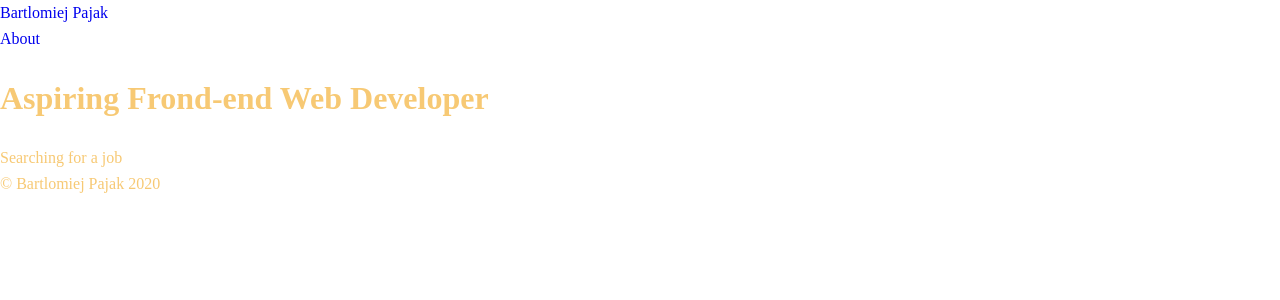
Repository: spidero7/personal-site
Page: index.html
An editor plug-in stored every save of this project. The page is shown before and after a run of saves, followed by the edit.
The browser window is 1280 px wide. The pictures show the whole page.
Some web fonts or font styles are not loaded; a fallback is used.

Above is the page before, as saved 2020-04-15 22:06:17.

### index.html
<!DOCTYPE html>
<html>

    <head>
        <meta charset="utf-8">
        <title>Bartlomiej Pajak</title>
        <meta name="viewport" content="width=device-width, initial-scale=1">
        <link rel="stylesheet" href="css/normalize.css">
        <link href="https://fonts.googleapis.com/css2?family=Domine&display=swap" rel="stylesheet">
        <link rel="stylesheet" href="css/style.css">
    </head>

    <body>

        <div>
            <header class="main-header">
                <nav>
                    <ul class="main-nav">
                        <li><a href="#">Bartlomiej Pajak</a></li>
                        <li><a href="#">About</a></li>
                    </ul>
                </nav>
            </header>
        </div>

        <div class="container">

            <h1>Aspiring Frond-end Web Developer</h1>
            <span>Searching for a job</span>

        </div>


        <footer class="main-footer">&copy; Bartlomiej Pajak 2020</footer>

    </body>
</html>

### css/style.css
/* =================================
  Base Element Styles
==================================== */

* {
    box-sizing: border-box;
}

body {
    font-family: 'Domine', serif;
    line-height: 1.6;
    color: #F7C974;
    margin: 0;
}

ul {
    margin: 0;
    padding: 0;
    list-style: none;
}

a {
    text-decoration: none;
}

/* =================================
  Base Layout Styles
==================================== */

/* ---- Navigation ---- */

Loaded but not shown: css/normalize.css (library)

After the next 3 saves:
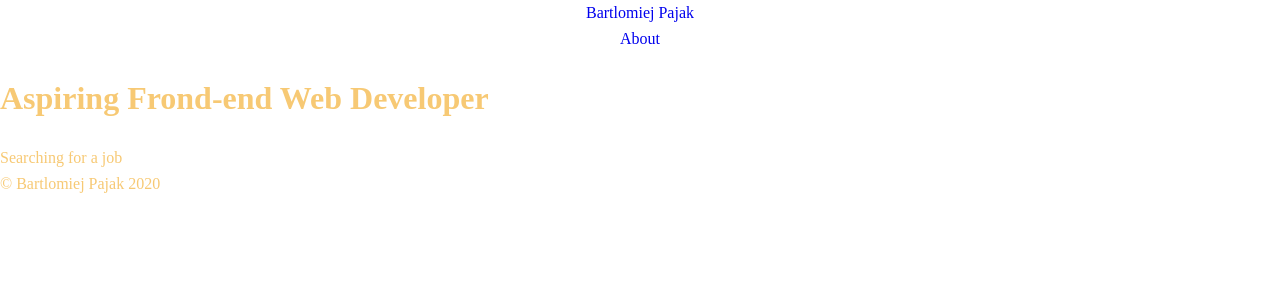
The 3 saves are shown as one change because they came seconds apart.
The last was saved 26 s later.
--- a/css/style.css
+++ b/css/style.css
@@ -28,3 +28,7 @@ a {
 ==================================== */
 
 /* ---- Navigation ---- */
+
+.main-nav {
+    text-align: center;
+}
